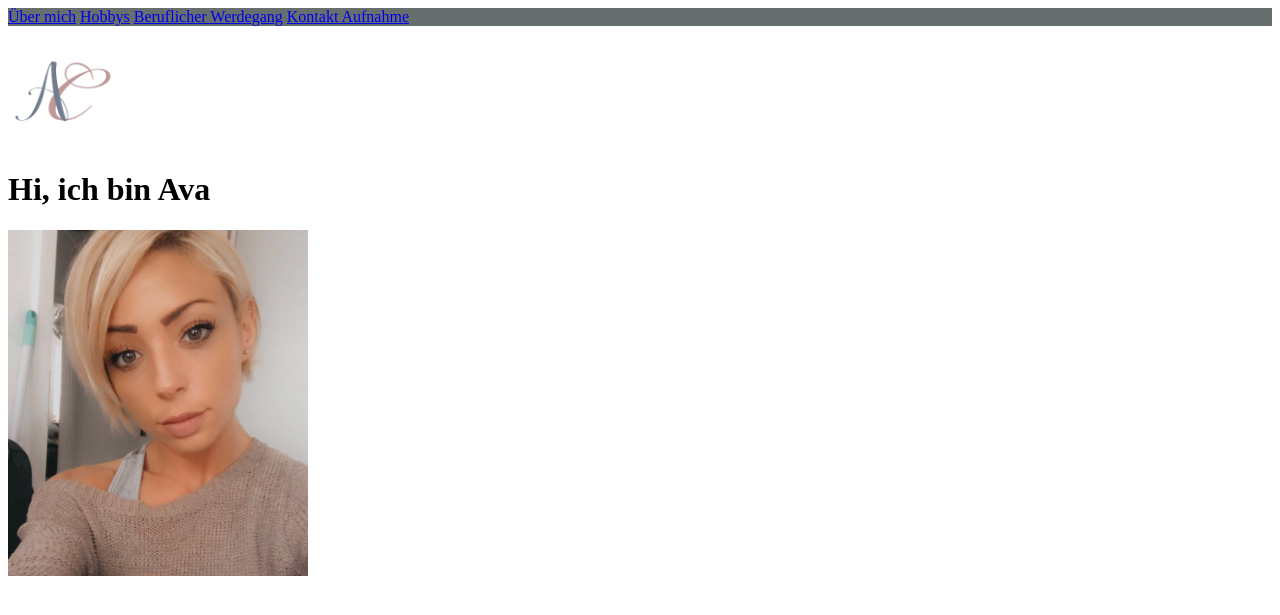
Repository: Ava-VictoriaCrivello/website
Page: index.html
The author's editor kept a copy of each file at every save. The page is drawn from the files as they stood at one save, then again after the next save.
The browser window is 1280 px wide. The pictures show the whole page.
Some web fonts or font styles are not loaded; a fallback is used.

Above is the page before, as saved 2022-05-29 12:03:40.

After the next save:
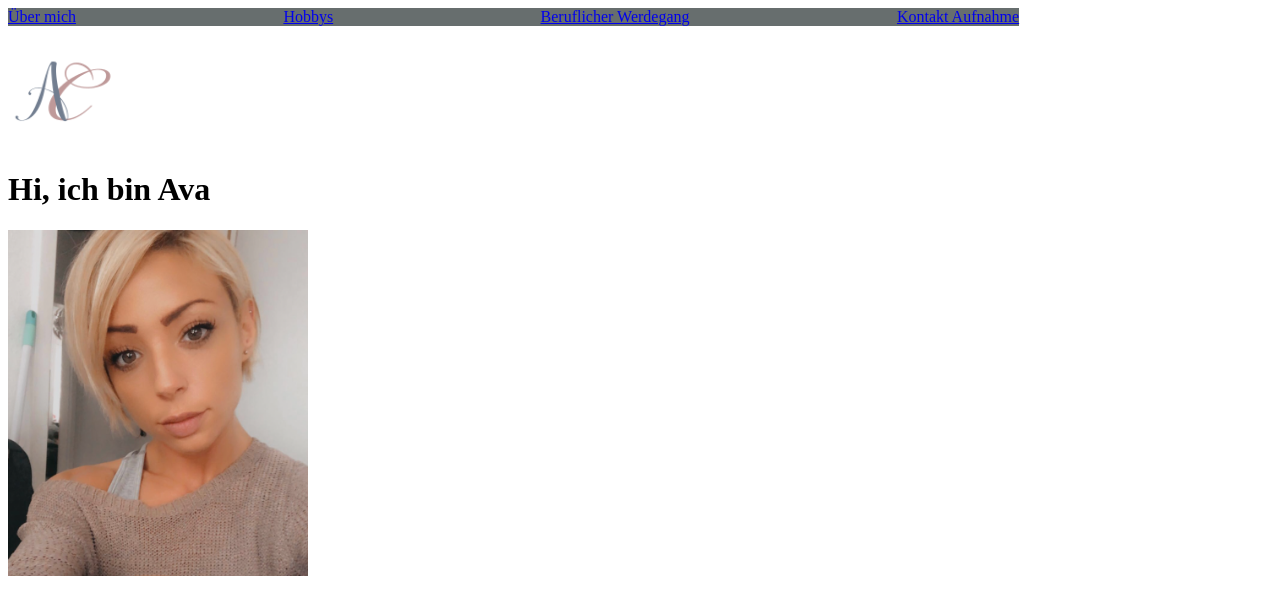
Saved 5 min 49 s later.
--- a/style.css
+++ b/style.css
@@ -1,5 +1,9 @@
 nav {
   background-color: rgb(103, 110, 110);
   font-family: "Tiro Telugu", serif;
-  color: white;
+  display: flex;
+  justify-content: space-between;
+  width: 80%;
+  flex-wrap: wrap;
+  gap: 20px 10px;
 }
